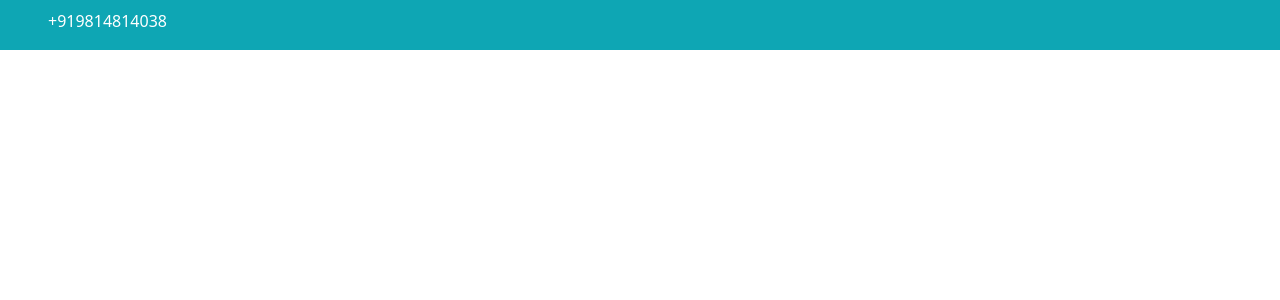
Repository: Reshu70/dental
Page: css/index.html
An editor plug-in stored every save of this project. The page is shown before and after the next save, followed by the edit.
The browser window is 1280 px wide. The pictures show the whole page.

Above is the page before, as saved 2024-06-05 15:40:34.

### css/index.html
<!doctype html>
<html lang="en">
  <head>
    <!-- Required meta tags -->
    <meta charset="utf-8">
    <meta name="viewport" content="width=device-width, initial-scale=1">

    <!-- Bootstrap CSS -->
    <link href="https://cdn.jsdelivr.net/npm/bootstrap@5.0.2/dist/css/bootstrap.min.css" rel="stylesheet" integrity="sha384-EVSTQN3/azprG1Anm3QDgpJLIm9Nao0Yz1ztcQTwFspd3yD65VohhpuuCOmLASjC" crossorigin="anonymous">

    <title>Hello, world!</title>
<style>
    /*topnav css*/
    .topnav a.split {
        float: right;
        color: white;
        }

</style>


  </head>
  <body>
   <div class="container-fluid">
    <div class="row text-white" style="height: 50px; background-color:rgb(14,166,180)">
        <div class="col-md-12 col-sm-12">
          <div class="topnav" style="padding-left: 20px; padding-right:20px;">
            <a
                      ><i class="mt-2 m-2 fa fa-phone" style="font-size: 24px"></i
                      >+919814814038</a
                    >
            <a href="#">
            <a href="#about" class="split m-1 pt-2"><i class="fa fa-facebook-f" style="font-size:20px;color:white;"></i></a></a>
            <a href="#about" class="split m-1 pt-2"><i class="fa fa-facebook-f" style="font-size:20px;color:white;"></i></a></a>
            </div>
        </div>
      </div>
   </div> <!--main container-->

    <!-- Optional JavaScript; choose one of the two! -->

    <!-- Option 1: Bootstrap Bundle with Popper -->
    <script src="https://cdn.jsdelivr.net/npm/bootstrap@5.0.2/dist/js/bootstrap.bundle.min.js" integrity="sha384-MrcW6ZMFYlzcLA8Nl+NtUVF0sA7MsXsP1UyJoMp4YLEuNSfAP+JcXn/tWtIaxVXM" crossorigin="anonymous"></script>

    <!-- Option 2: Separate Popper and Bootstrap JS -->
    <!--
    <script src="https://cdn.jsdelivr.net/npm/@popperjs/core@2.9.2/dist/umd/popper.min.js" integrity="sha384-IQsoLXl5PILFhosVNubq5LC7Qb9DXgDA9i+tQ8Zj3iwWAwPtgFTxbJ8NT4GN1R8p" crossorigin="anonymous"></script>
    <script src="https://cdn.jsdelivr.net/npm/bootstrap@5.0.2/dist/js/bootstrap.min.js" integrity="sha384-cVKIPhGWiC2Al4u+LWgxfKTRIcfu0JTxR+EQDz/bgldoEyl4H0zUF0QKbrJ0EcQF" crossorigin="anonymous"></script>
    -->
  </body>
</html>

After the next save:
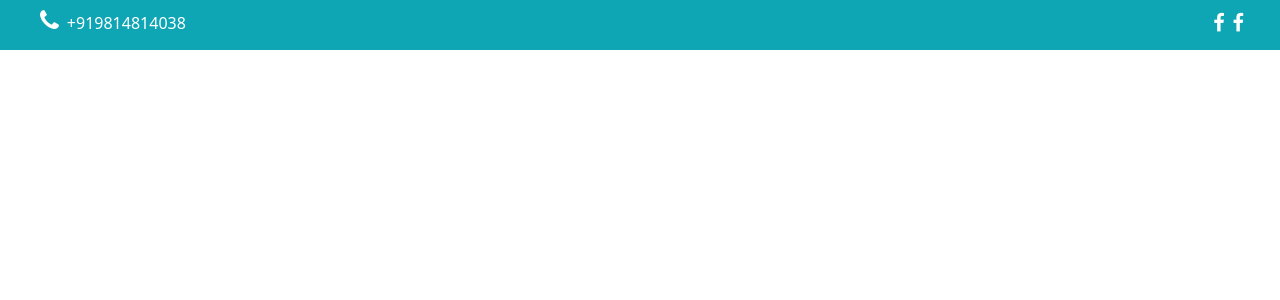
Saved 40 s later.
--- a/css/index.html
+++ b/css/index.html
@@ -9,6 +9,11 @@
     <link href="https://cdn.jsdelivr.net/npm/bootstrap@5.0.2/dist/css/bootstrap.min.css" rel="stylesheet" integrity="sha384-EVSTQN3/azprG1Anm3QDgpJLIm9Nao0Yz1ztcQTwFspd3yD65VohhpuuCOmLASjC" crossorigin="anonymous">
 
     <title>Hello, world!</title>
+
+   <!-- icon libaray -->
+
+   <link rel="stylesheet" href="https://cdnjs.cloudflare.com/ajax/libs/font-awesome/4.7.0/css/font-awesome.min.css">
+
 <style>
     /*topnav css*/
     .topnav a.split {
